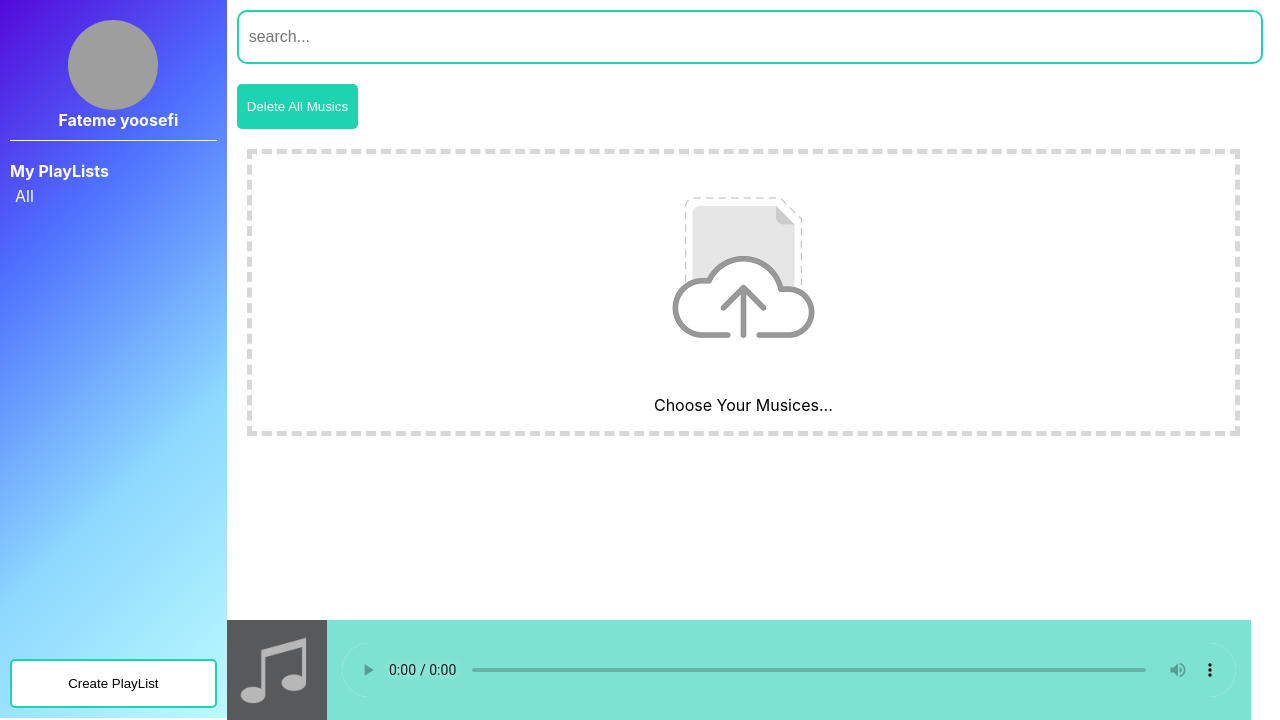
Repository: fateme81yosefi/musicPlayer
Page: /
These files come from the project's save history. The page is drawn as it stood at one moment and after the next save; the edit follows.
The browser window is 1280 px wide. The pictures show the whole page.
Pictures or frames that could not be fetched are drawn as grey boxes. The project was rebuilt for these pictures with package versions that can differ from the ones it lists, and the page was loaded fresh each time.

Above is the page before, as saved 2025-06-28 13:44:48.

### src/App.js
import React from 'react';
import FileUploader from './Data/FileUploader/FileUploader';
import MainPage from './Components/MainPage/MainPage';


const App = () => {



  return (
    <div>
      <MainPage />
    </div>
  );
}

export default App;

### src/Data/FileUploader/FileUploader.js
import React, { useState, useEffect } from 'react';
import { useDropzone } from 'react-dropzone';
import { openDB } from 'idb';
import "./FileUploader.css";

const DB_NAME = 'AudioFilesDB';
const DB_VERSION = 1;
const STORE_NAME = 'audioFiles';

const initDB = async () => {
    const db = await openDB(DB_NAME, DB_VERSION, {
        upgrade(db) {
            if (!db.objectStoreNames.contains(STORE_NAME)) {
                const store = db.createObjectStore(STORE_NAME, { keyPath: 'name' });
                store.createIndex('category', 'category');
                store.createIndex('isFav', 'isFav');
            }
        }
    });
    return db;
};

const getStoredFiles = async (db) => {
    const tx = db.transaction(STORE_NAME, 'readonly');
    const store = tx.objectStore(STORE_NAME);
    return await store.getAll();
};

const storeFile = async (db, file) => {
    const tx = db.transaction(STORE_NAME, 'readwrite');
    const store = tx.objectStore(STORE_NAME);
    await store.put(file);
    await tx.done;
};


const FileUploader = ({ handlePlay, query, selectedCategory }) => {
    const [audioFiles, setAudioFiles] = useState([]);
    const [categories, setCategories] = useState([]);
    const [currentCategory, setCurrentCategory] = useState('All');


    const deleteAllFiles = async () => {
        const db = await initDB();
        const tx = db.transaction(STORE_NAME, 'readwrite');
        const store = tx.objectStore(STORE_NAME);
        await store.clear();
        await tx.done;
        window.location.reload()
    };

    useEffect(() => {
        const storedCategories = JSON.parse(localStorage.getItem('categories'));
        if (storedCategories) {
            setCategories(storedCategories);
        }
    }, []);


    useEffect(() => {
        setCurrentCategory(selectedCategory)
    }, [selectedCategory])


    useEffect(() => {
        if (query !== "") {
            setAudioFiles(audioFiles.filter((item) => item.name.toLowerCase().includes(query.toLowerCase())));
        } else {
            const fetchStoredFiles = async () => {
                const db = await initDB();
                const storedFiles = await getStoredFiles(db);
                setAudioFiles(storedFiles.map(file => ({
                    ...file,
                    data: URL.createObjectURL(new Blob([file.data], { type: file.type }))
                })));
            };

            fetchStoredFiles();
        }
    }, [query]);

    useEffect(() => {
        const fetchStoredFiles = async () => {
            const db = await initDB();
            const storedFiles = await getStoredFiles(db);
            setAudioFiles(storedFiles.map(file => ({
                ...file,
                data: URL.createObjectURL(new Blob([file.data], { type: file.type }))
            })));
        };

        fetchStoredFiles();
    }, []);

    const onDrop = async (acceptedFiles) => {
        const mp3Files = acceptedFiles.filter((file) => file.name.endsWith('.mp3'));

        const db = await initDB();

        for (const file of mp3Files) {
            const fileData = await file.arrayBuffer();
            await storeFile(db, { name: file.name, type: file.type, data: fileData, category: '' });
        }

        const storedFiles = await getStoredFiles(db);
        setAudioFiles(storedFiles.map(file => ({
            ...file,
            data: URL.createObjectURL(new Blob([file.data], { type: file.type }))
        })));
    };

    const handleCategoryChange = async (file, category) => {
        const updatedFile = { ...file, category };

        const db = await initDB();
        await storeFile(db, updatedFile);

        const storedFiles = await getStoredFiles(db);
        setAudioFiles(storedFiles.map(f => ({
            ...f,
            data: URL.createObjectURL(new Blob([f.data], { type: f.type }))
        })));
    };

    const { getRootProps, getInputProps } = useDropzone({ onDrop });

    return (
        <div className='containSingle'>

            <button className='deleteAll' onClick={deleteAllFiles}>Delete All Musics</button>
            {audioFiles
                .filter(file => currentCategory === "All" || file.category === currentCategory)
                .map((file, index) => (
                    <div className='singleSelectedAudio' key={index}>
                        <div className='row'>
                            <div className='containDetails'>
                                <img className='cover' alt="cover" src='/song_cover.png' />
                                <span className='name'>{file.name}</span>
                            </div>
                            <div className='row'>
                                <select
                                    value={file.category}
                                    onChange={(e) => handleCategoryChange(file, e.target.value)}
                                >
                                    <option value="">Select Category</option>
                                    {categories.map((category, index) => (
                                        <option key={index} value={category}>{category}</option>
                                    ))}
                                </select>
                                <button className='btnPlay' onClick={() => handlePlay(file)}>
                                    <img className='play' alt='icon' src='/play-button.svg' />
                                </button>
                            </div>
                        </div>
                        <audio className='selectedAudio' src={file.data} key={index} controls />
                    </div>
                ))}


            <div {...getRootProps()}>
                <input {...getInputProps()} />
                <div className='chooseFile'>
                    <img alt='drag file' src='/images.png' />
                    <p> Choose Your Musices...</p>
                </div>
            </div>
        </div>
    );
};

export default FileUploader;

### src/Components/MainPage/MainPage.js
import React, { useState, useEffect } from 'react';
import Modal from 'react-modal';
import FileUploader from "../../Data/FileUploader/FileUploader";
import "./MainPage.css";

const MainPage = () => {
    const [category, setCategory] = useState('');
    const [categories, setCategories] = useState([]);
    const [currentMusic, setCurrentMusic] = useState({});
    const [showModal, setShowModal] = useState(false);
    const [searchQuery, setSearchQuery] = useState('');
    const [selectedCategory, setSelectedCategory] = useState('');


    useEffect(() => {
        const storedCategories = JSON.parse(localStorage.getItem('categories'));
        if (storedCategories) {
            setCategories(storedCategories);
        }
    }, []);

    const handleAddCategory = () => {
        if (category) {
            const updatedCategories = [...categories, category];
            setCategories(updatedCategories);
            setCategory('');
            localStorage.setItem('categories', JSON.stringify(updatedCategories));
            setShowModal(false)
        }
    };

    const handlePlay = (file) => {
        setCurrentMusic(file);
    };


    return (
        <div className="container">
            <Modal
                isOpen={showModal}
                contentLabel="Create Playlist"
                className="modalCategory"
            >
                <h2>Create Playlist</h2>
                <input
                    type="text"
                    value={category}
                    placeholder='Enter Your Playlist Name'
                    onChange={(e) => setCategory(e.target.value)}
                />
                <button onClick={handleAddCategory}>Confirm</button>
            </Modal>

            <div className="leftMenue">
                <div className="top">
                    <div className="imageProfile">
                        <img src="https://encrypted-tbn0.gstatic.com/images?q=tbn:ANd9GcRXJA32WU4rBpx7maglqeEtt3ot1tPIRWptxA&s" alt="Profile" />
                        <div className="name">Fateme yoosefi</div>
                    </div>
                    <div className="categories">
                        <div className='playlist'>My PlayLists</div>
                        <div className='category' onClick={() => { setSelectedCategory('') }}>All</div>
                        {
                            categories.map((item, index) => <div key={index} className='category' onClick={() => { setSelectedCategory(item) }}>{item}</div>)
                        }
                    </div>
                </div>
                <button className='create' onClick={() => setShowModal(true)}>Create PlayList</button>
            </div>
            <div className="rightPage">
                <input className='inputSearch' placeholder="search..." onChange={(e) => setSearchQuery(e.target.value)}
                />
                <FileUploader handlePlay={handlePlay} query={searchQuery} selectedCategory={selectedCategory} />
                <div className="currentlyPlay">
                    <img src="/song_cover.png" alt="کاور آهنگ" />
                    <div className="containName">
                        <span className="musicName">{currentMusic.name}</span>
                        <audio id="player" src={currentMusic.data} controls ></audio>
                    </div>
                </div>
                <div>
                </div>
            </div>
        </div>
    )
};

export default MainPage;

### src/Data/FileUploader/FileUploader.css
.chooseFile{
    border: 5px dashed rgb(216, 216, 216);
    display: flex;
    flex-direction: column;
    align-items: center;
    justify-content: space-around;
    margin: 10px;
    margin-bottom: 100px;
}
.selectedAudio::-webkit-media-controls-panel{
    background-color: rgb(211, 211, 211);
    border: none;
}
.selectedAudio{
    border-radius: 0;
    background-color:  rgb(211, 211, 211);
    padding: 20px;
    width: 100% !important;
    display: none;
}
.singleSelectedAudio{
    background-color:  rgb(255, 255, 255);
    border-bottom: 1px solid rgb(238, 238, 238);
}
.row{
    display: flex;
    flex-direction: row;
    justify-content: space-between;
}

.cover{
   width: 40px;
   height: 40px;
}
.containDetails{
    display: flex;
    flex-direction: row;
    align-items: center;
    justify-content: center;
}

.containSingle{
    padding: 10px;
}
.name{
    margin-left: 10px;
}
.play{
    width: 30px;
    height:30px;
}
.btnPlay{
    background-color: transparent;
    border: none;
}

.deleteAll{
    background-color: #1dd3b0;
    margin-bottom: 10px;
    padding: 15px 10px;
    border-radius: 5px;
    border: none;
    color: #ffff;

}
select{
    background-color: #1dd3b0;
    padding: 10px;
    border: none;
    color: white;
}

### src/Components/MainPage/MainPage.css
.container {
  display: flex;
  flex-direction: row;
  background-color: #ffffff;
}
.leftMenue {
  background: linear-gradient(
    135deg,
    #5409da 0%,
    #4e71ff 30%,
    #8dd8ff 65%,
    #bbfbff 100%
  );
  width: 20%;
  height: 97vh;
  display: flex;
  flex-direction: column;
  justify-content: space-between;
  padding: 10px;
}
.imageProfile {
  display: flex;
  flex-direction: column;
  align-items: center;
  border-bottom: 1px solid white;
  padding: 10px;
  color: #ffffff;
  font-weight: bold;
  justify-content: space-between;
}

.imageProfile img {
  border-radius: 100%;
  width: 90px;
  height: 90px;
}
.playlist {
  font-size: medium;
  color: #ffffff;
  font-weight: bold;
  margin-top: 20px;
}
.rightPage {
  width: 100%;
  height: 100vh;
  position: relative;
  padding: 0 20px 0 0;
  padding-left: 0;
}
.rightPage input {
  width: 97%;
  height: 40px;
  font-size: medium;
}
.currentlyPlay {
  display: flex;
  flex-direction: row;
  align-items: center;
  background-color: #7de2d1;
  height: 100px;
  bottom: 0;
  position: fixed;
  width: 80%;
}
.currentlyPlay img {
  width: 100px;
  height: 100px;
}
.containName {
  width: 100%;
  padding: 15px;
}
.musicName {
  font-weight: bold;
}
audio {
  width: 100%;
  display: flex;
  flex-direction: column;
  border: none;
}

audio::-webkit-media-controls-panel {
  background-color: #7de2d1;
  border: none;
}
.rightPage {
  overflow: scroll;
}
.modalCategory {
  position: fixed;
  background-color: #7de2d1;
  top: 50%;
  left: 50%;
  transform: translate(-50%, -50%);
  width: 30%;
  display: flex;
  flex-direction: column;
  align-items: center;
  justify-content: center;
  color: white;
}
.modalCategory input {
  padding: 10px;
  margin-bottom: 10px;
  width: 80%;
}
.modalCategory button {
  background-color: #1dd3b0;
  margin-bottom: 10px;
  padding: 15px 10px;
  border-radius: 5px;
  border: none;
  color: #ffff;
}

.category {
  font-size: medium;
  color: #ffffff;
  margin-left: 5px;
  margin: 5px;
}

.inputSearch {
  margin: 10px;
  border: 2px solid #1dd3b0;
  padding: 5px 10px;
  border-radius: 10px;
}

.create {
  border: 2px solid #1dd3b0;
  padding: 15px 10px;
  border-radius: 5px;
  background-color: white;
}
h3,
h4 {
  color: white;
}

Loaded but not shown: public/index.html (common file); src/index.js (common file); src/index.css (common file); src/reportWebVitals.js (common file)

After the next save:
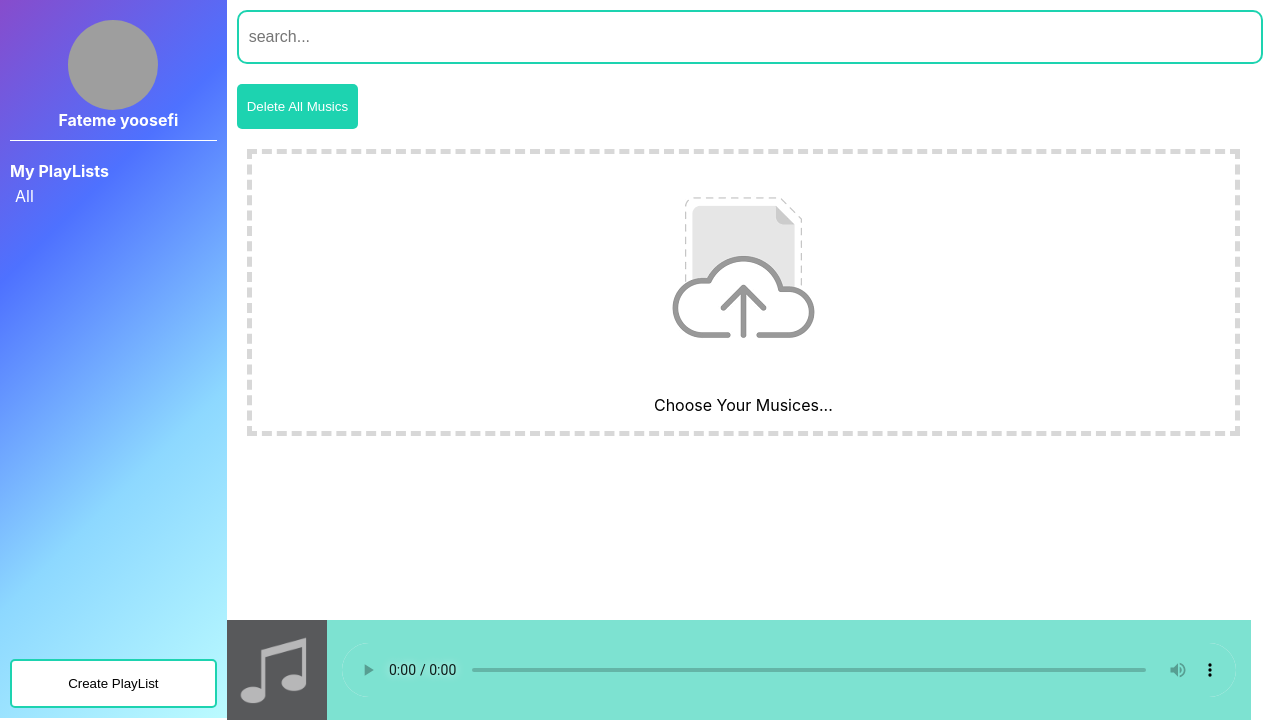
Saved 59 s later.
--- a/src/Components/MainPage/MainPage.css
+++ b/src/Components/MainPage/MainPage.css
@@ -6,7 +6,7 @@
 .leftMenue {
   background: linear-gradient(
     135deg,
-    #5409da 0%,
+    #874CCC 0%,
     #4e71ff 30%,
     #8dd8ff 65%,
     #bbfbff 100%
